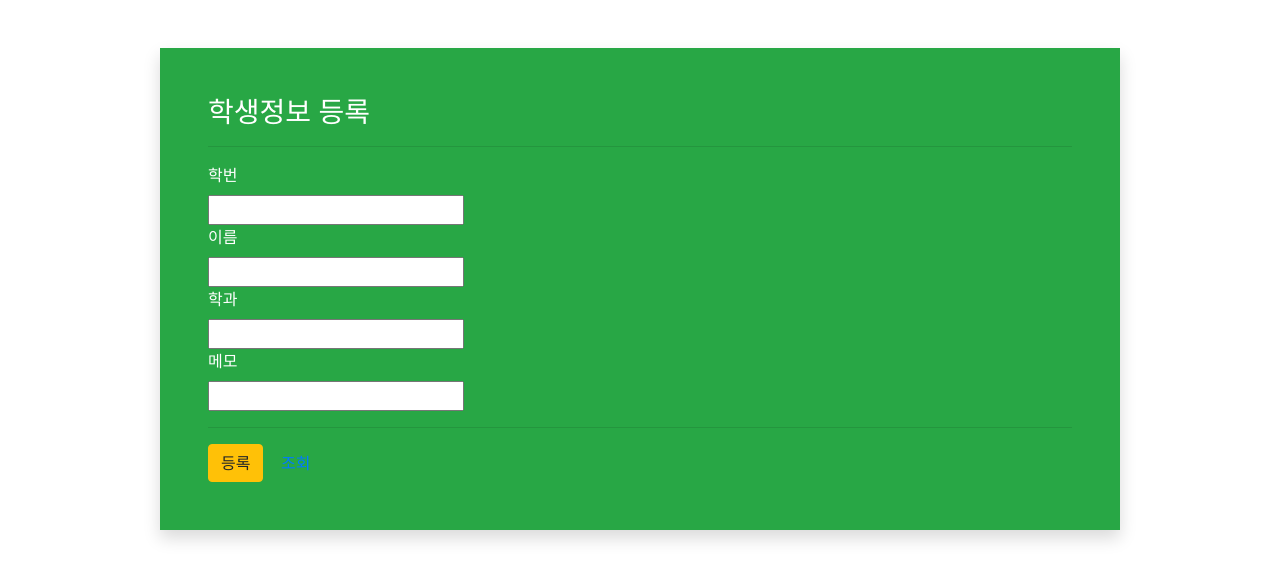
Repository: hadora01/newWeb
Page: http://localhost/jhbook/studentInfo.jsp
An editor plug-in stored every save of this project. The page is shown before and after the next save, followed by the edit.
The browser window is 1280 px wide. The pictures show the whole page.
The page is served by Tomcat 9.

Above is the page before, as saved 2021-11-02 11:25:47.

After the next save:
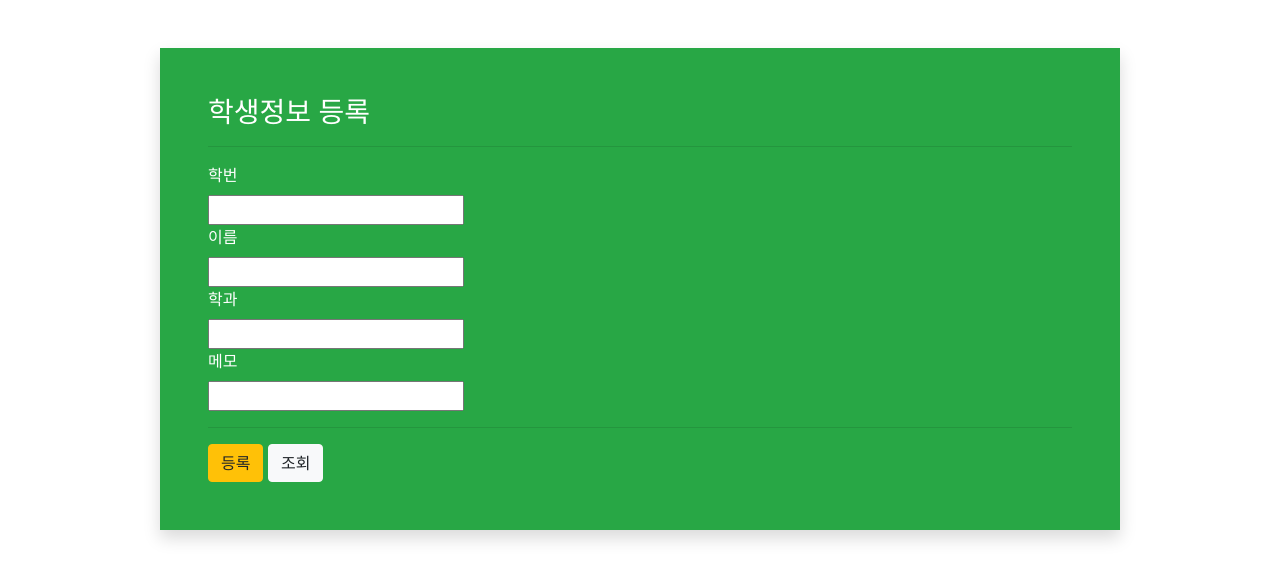
Saved 29 s later.
--- a/jhbook/WebContent/studentInfo.jsp
+++ b/jhbook/WebContent/studentInfo.jsp
@@ -40,7 +40,7 @@
 
 		<hr>
 		<input type ="submit"  class = "btn btn-warning " value ="등록" >
-		<input  type="button" class="btn btn-link" value="조회">
+		<input  type="button" class="btn btn-light" value="조회">
 
 		</form>
 	</div>
